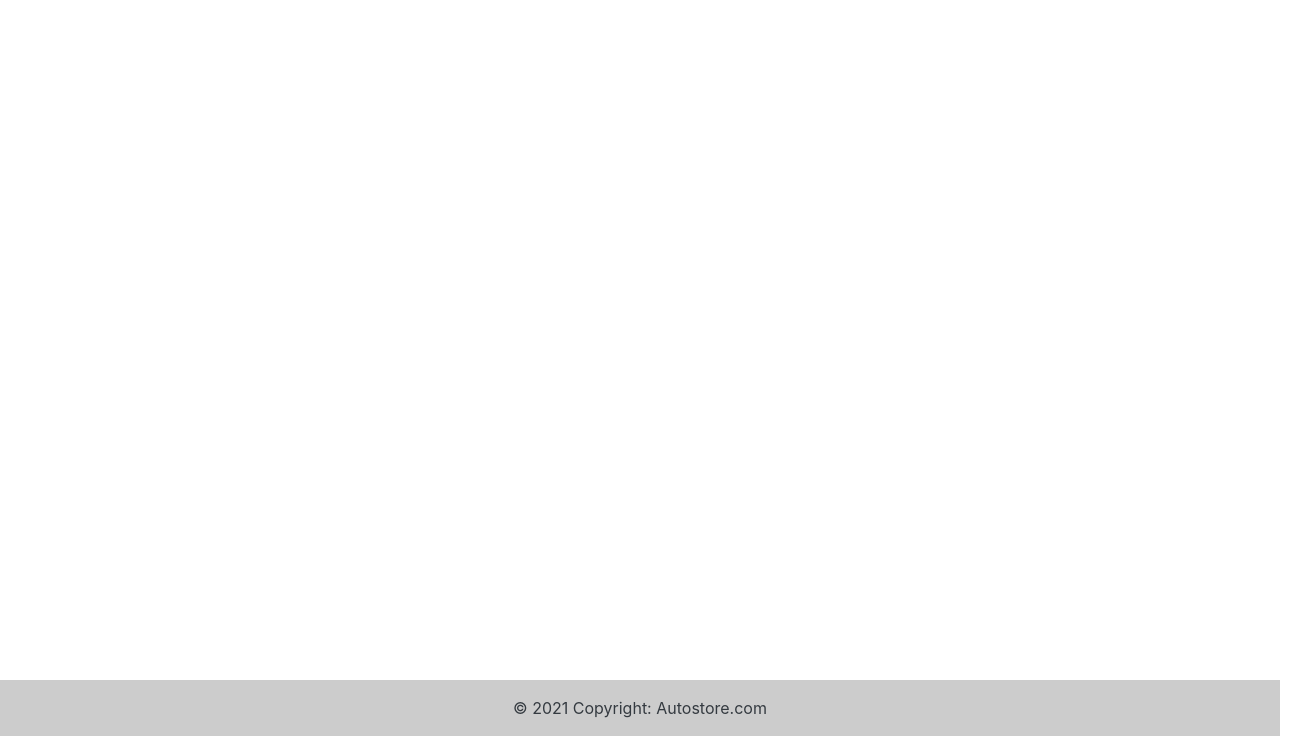
Repository: pravinsakthivel/ecommerce
Page: /checkout
These files come from the project's save history. The page is drawn as it stood at one moment and after the next save; the edit follows.
The browser window is 1280 px wide. The page is 1280 px wide, then 1295 px, so the pictures cover 1295 px, including what lies to the right of the window. The pictures show the whole page.
The project was rebuilt for these pictures with package versions that can differ from the ones it lists, and the page was loaded fresh each time. Also part of the build but not shown: src/components/UI/BaseButton.vue, src/components/ProductItem.vue, src/components/UI/ShoppingCartIcon.vue, src/components/UI/NavigationBar.vue, src/components/UI/SearchBar.vue, src/components/ProductDescriptionModal.vue, src/components/ProductList.vue, src/components/CartList.vue and 5 more.

Above is the page before, as saved 2021-04-10 22:24:46.

### public/index.html
<!DOCTYPE html>
<html lang="">
  <head>
    <meta charset="utf-8" />
    <meta http-equiv="X-UA-Compatible" content="IE=edge" />
    <meta name="viewport" content="width=device-width,initial-scale=1.0" />
    <link rel="icon" href="<%= BASE_URL %>favicon.ico" />
    <link
      href="https://fonts.googleapis.com/css?family=Nunito+Sans:400,400i,700,900&display=swap"
      rel="stylesheet"
    />
    <title><%= htmlWebpackPlugin.options.title %></title>
  </head>
  <style>
    #page-container {
      position: relative;
      min-height: 100vh;
    }

    #content-wrap {
      padding-bottom: 2.5rem; /* Footer height */
    }

    #footer {
      position: absolute;
      bottom: 0;
      width: 100%;
      height: 2.5rem; /* Footer height */
    }
  </style>
  <body>
    <noscript>
      <strong
        >We're sorry but <%= htmlWebpackPlugin.options.title %> doesn't work
        properly without JavaScript enabled. Please enable it to
        continue.</strong
      >
    </noscript>
    <div id="page-container">
      <div id="content-wrap">
        <div id="app"></div>
      </div>
      <footer id="footer">
        <div class="text-center text-dark p-3 footer" style="background-color: rgba(0, 0, 0, 0.2);">
          © 2021 Copyright:
          <a class="text-dark" href="#">Autostore.com</a>
        </div>
      </footer>
    </div>
    <!-- built files will be auto injected -->
  </body>
</html>

### src/main.js
import { createApp } from 'vue';
import App from './App.vue';
import router from './router.js';
import store from './store.js';
import 'bootstrap';
import 'font-awesome/css/font-awesome.min.css';
import 'bootstrap/dist/css/bootstrap.min.css';
import BaseButton from "./components/UI/BaseButton.vue";
import BaseBadge from './components/UI/BaseBadge.vue';
import TheJumbotrom from './components/UI/TheJumbotron.vue';
import BaseModal from './components/UI/BaseModal.vue';



const app = createApp(App);
app.use(router);
app.use(store);
app.component('base-button',BaseButton);
app.component('base-badge',BaseBadge);
app.component('the-jumbotron',TheJumbotrom);
app.component('base-modal',BaseModal);
app.mount('#app');

### src/App.vue
<template>
 <router-view></router-view>

</template>

<script>

export default {
  name: 'App',
}
</script>

<style >

</style>

### src/router.js
import { createRouter, createWebHistory } from "vue-router";
import ProductList from "./components/ProductList.vue";
import CartList from "./components/CartList.vue";
import OrderSuccessPage from "./components/UI/OrderSuccess.vue";
import LoginPage from "./components/UI/LoginPage.vue";
import CheckoutPage from "./components/CheckoutPage.vue";

const router = createRouter({
  history: createWebHistory(),
  routes: [
    {
      path: "/",
      redirect: "/login",
    },
    {
      path: "/cartIems",
      component: CartList,
    },
    {
      path: "/products",
      component: ProductList,
    },
    {
      path: "/orderSuccessPage",
      component: OrderSuccessPage,
    },
    {
      path: "/login",
      component: LoginPage,
    },
    {
      path:"/checkout",
      component:CheckoutPage
    }
  ],
});

export default router;

### src/store.js
import {createStore} from 'vuex';
import productModule from './store/products/index.js'

const store = createStore({
   modules:{
        products:productModule
   }
});

export default store;

### src/components/CheckoutPage.vue
<template>
  <div class="row"></div>
</template>
<script>
//import PaymentDetails from "./PaymentDetails.vue";

export default {
  components: {
    // PaymentDetails,
  },
};
</script>

### src/store/products/index.js
import actions from './actions.js';
import getters from './getters.js';
import mutations from './mutations.js';

export default{
    namespaced:true,
    state(){
        return{
            products: [],
            cartItems: [],
            productsIdsInCart:[],
            searchedItems:[],
            lastUpdated:null,
            loggedInUser :''
        }
    },
    actions,
    getters,
    mutations
}

### src/store/products/actions.js
export default {
  async loadProducts(context,forceRefresh) {
    console.log(context.getters.shouldRefresh , forceRefresh);
    if(!context.getters.shouldRefresh && !forceRefresh){
      console.log("sending cache data");
      return;
    }
    console.log("sending fetched data");
    let url = `https://products-data-b01f9-default-rtdb.firebaseio.com/products/-MXaxOFKGRgCKs_OkzrR.json`;
    let response = await fetch(url);
    let responseData = await response.json();
    context.commit("setProducts", responseData);
    context.commit("setTimeStamp");
  },
  setProducts(context, payload) {
    context.commit("setProducts", payload);
  },
  addProductItemToCart(context, product) {
    let cartItems = [...context.getters.getCartItems, product];
    context.dispatch("addProductIdInCart", product.productId);
    context.commit("setCartItems", cartItems);
  },
  addProductIdInCart(context, data) {
    let productIdsInCart = [...context.getters.getproductIdsIncart, data];
    context.commit("setProductIdsInCart", productIdsInCart);
  },
  setCartItems(context, data) {
    context.commit("setCartItems", data);
  },
  removeCartItem(context, productId) {
    let cartItems = context.getters.getCartItems;
    let filteredItems = cartItems.filter((item) => {
      return item.productId != productId;
    });
    context.dispatch("removeProductIdInCart", productId);
    context.commit("setCartItems", filteredItems);
  },
  removeProductIdInCart(context, productId) {
    let productIdsInCart = context.getters.getproductIdsIncart;
    const index = productIdsInCart.indexOf(productId);
    if (index > -1) {
      productIdsInCart.splice(index, 1);
    }
    context.commit("setProductIdsInCart", productIdsInCart);
  },
  setSearchedItems(context, payload) {
    context.commit("setSearchedItems", payload);
  },
  setUser(context,userName){
    context.commit("setUser",userName);
  },
  resetProductIdsInCart(context){
    context.commit("setProductIdsInCart",[])
  }
};

### src/store/products/getters.js
export default {
  getProducts(state) {
    return state.products;
  },
  getCartItems(state) {
    return state.cartItems;
  },
  getproductIdsIncart(state) {
    return state.productsIdsInCart;
  },
  shouldRefresh(state) {
    let lastUpdate = state.lastUpdated;
    if (!lastUpdate) {
      return true;
    }
    const currentTimeStamp = new Date().getTime();
    return (currentTimeStamp - lastUpdate) / 1000 > 60;
  },
  getSearchItems(state){
      return state.searchedItems;
  },
  getLoggedInUser(state){
    return state.loggedInUser;
  }
};

### src/store/products/mutations.js
export default {
  setCartItems(state, payload) {
    state.cartItems = payload;
  },
  setProducts(state, payload) {
    state.products = payload;
  },
  setProductIdsInCart(state, payload) {
    state.productsIdsInCart = payload;
  },
  setTimeStamp(state) {
    state.lastUpdated = new Date().getTime();
  },
  setSearchedItems(state, payload) {
    state.searchedItems = payload;
  },
  setUser(state, userName) {
    state.loggedInUser = userName;
  },
};

After the next save:
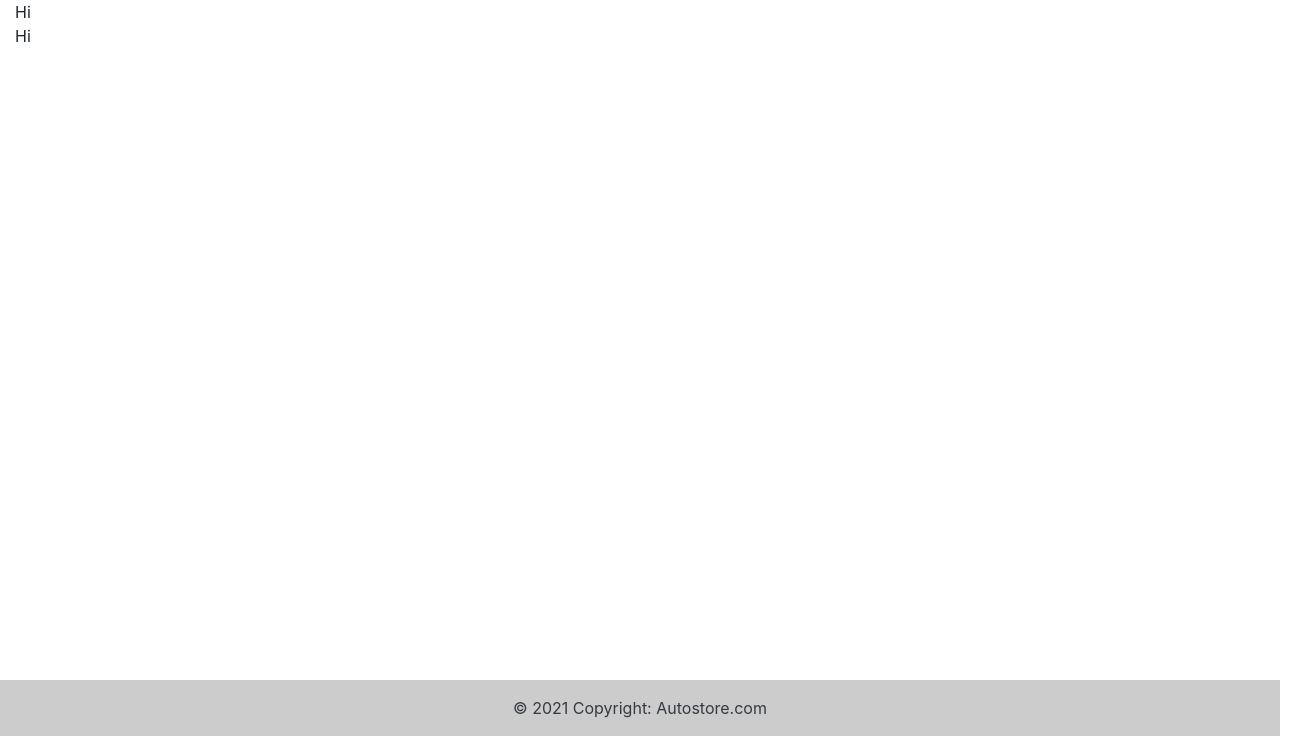
Saved 70 s later.
--- a/src/components/CheckoutPage.vue
+++ b/src/components/CheckoutPage.vue
@@ -1,5 +1,10 @@
 <template>
-  <div class="row"></div>
+  <div class="row">
+    <div class="col-md-12">
+      <div class="col-md-6">Hi</div>
+      <div class="col-md-12">Hi</div>
+    </div>
+  </div>
 </template>
 <script>
 //import PaymentDetails from "./PaymentDetails.vue";
